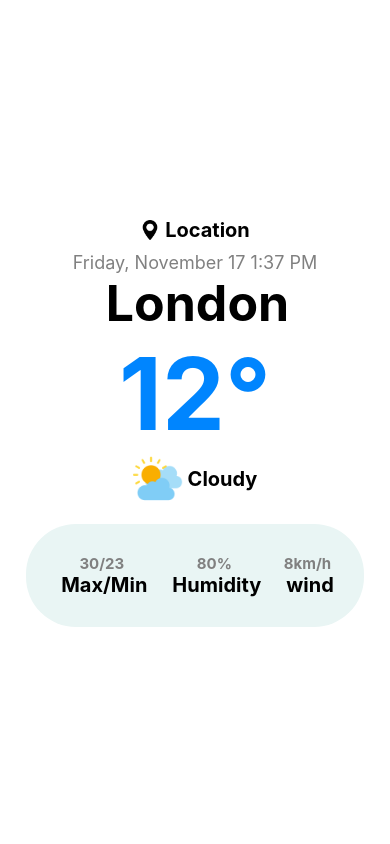
Repository: praveen080/react-native-weatherAppV1
Screen: /
The author's editor kept a copy of each file at every save. The screen is drawn from the files as they stood at one save, then again after the next save.
The app was drawn by React Native's web renderer in a window 390 px wide. The project was rebuilt for these pictures with package versions that can differ from the ones it lists, and the page was loaded fresh each time. Also part of the build but not shown: Screens/startUp.js.

Above is the screen before, as saved 2023-11-17 14:22:18.

After the next save:
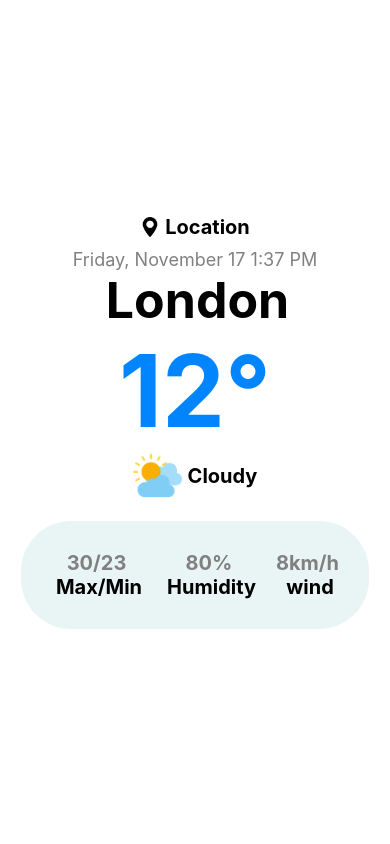
Saved 4 s later.
--- a/Screens/Home.js
+++ b/Screens/Home.js
@@ -126,7 +126,7 @@ export const styles = StyleSheet.create({
     margin: 10,
   },
   cardText: {
-    fontSize: 15,
+    fontSize: 20,
     color: "grey",
     fontWeight: "bold" },
   cardFull: {
